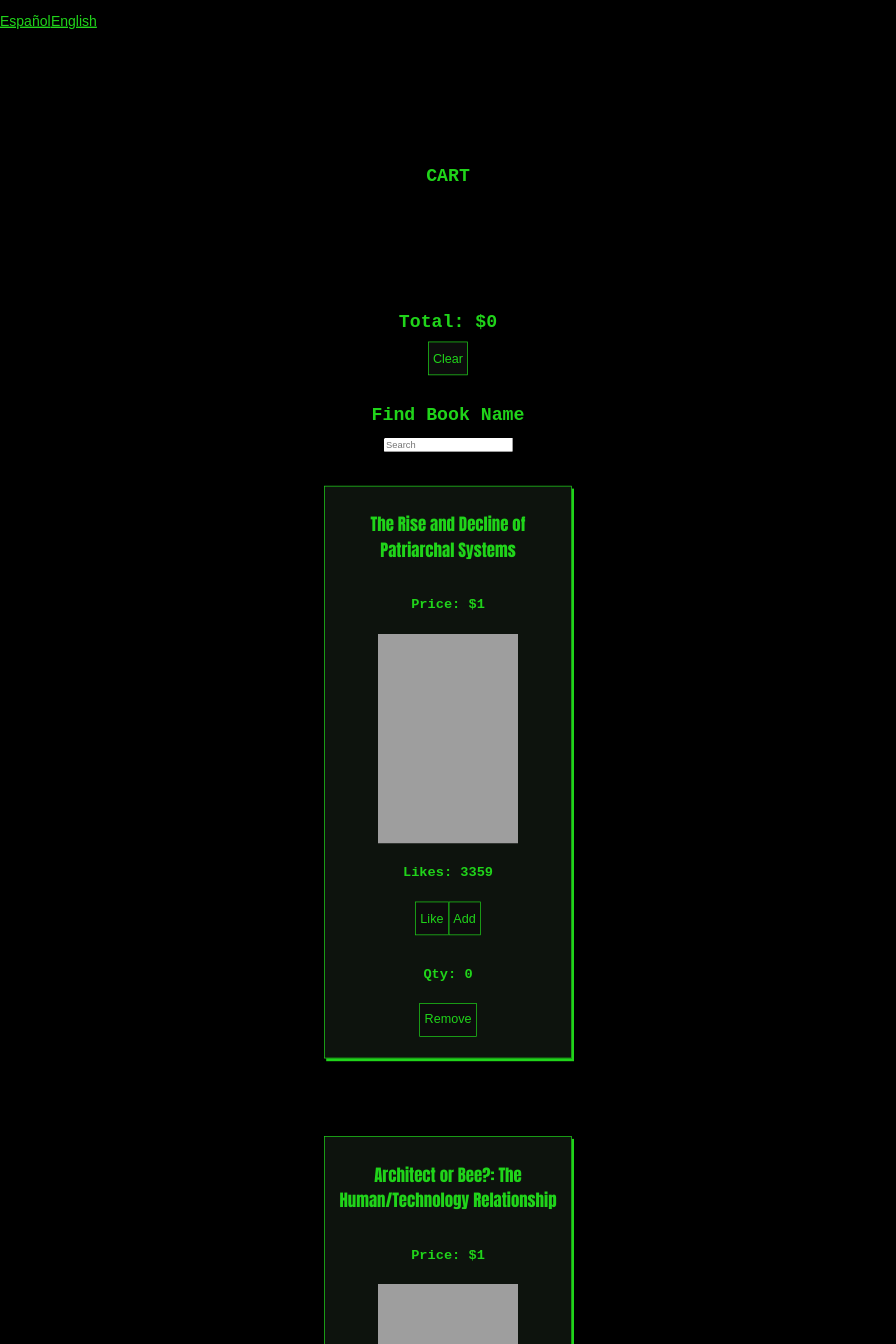
Repository: rvelarden/React-Hooks-UtopianTech-Bookstore
Page: / (app in utopiantech/)
The author's editor kept a copy of each file at every save. The page is drawn from the files as they stood at one save, then again after the next save.
The browser window is 1280 px wide. The pictures show the part of the page from y = 0 to 1920 px (the page is 8078 px tall before and 7758 px after), at 70% of full size.
Pictures or frames that could not be fetched are drawn as grey boxes. The project was rebuilt for these pictures with package versions that can differ from the ones it lists, and the page was loaded fresh each time. A package was used in the major version that the imports need, not the one package.json lists. Also part of the build but not shown: utopiantech/src/components/Shop.js, utopiantech/src/components/Spanish.js.

Above is the page before, as saved 2021-11-24 14:48:57.

After the next save:
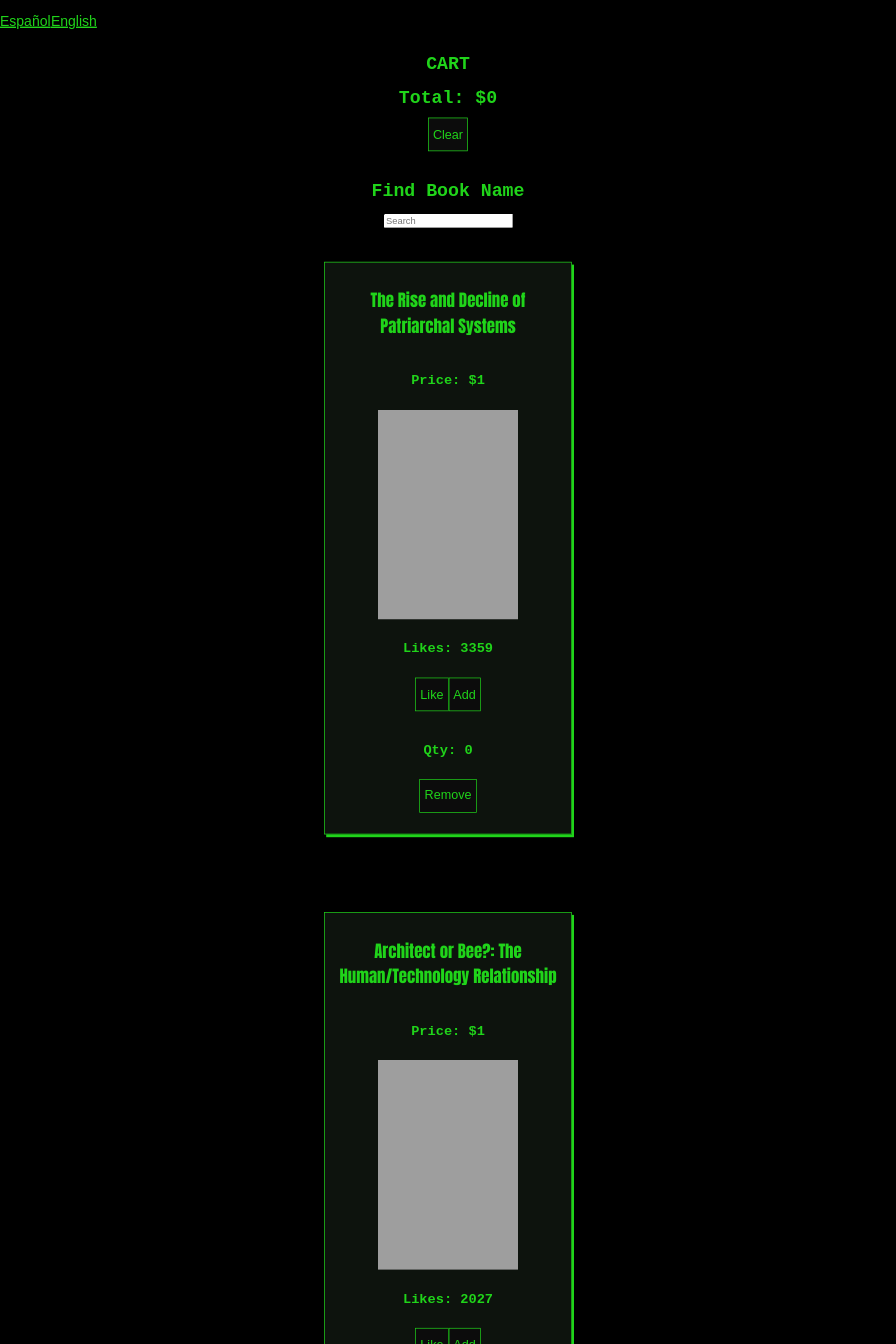
Saved 11 s later.
--- a/utopiantech/src/App.css
+++ b/utopiantech/src/App.css
@@ -73,7 +73,7 @@ button {
 }
 .textleft {
   text-align: left;
-  padding: 10rem;
+  /* padding: 10rem; */
 }
 
 button:hover {
